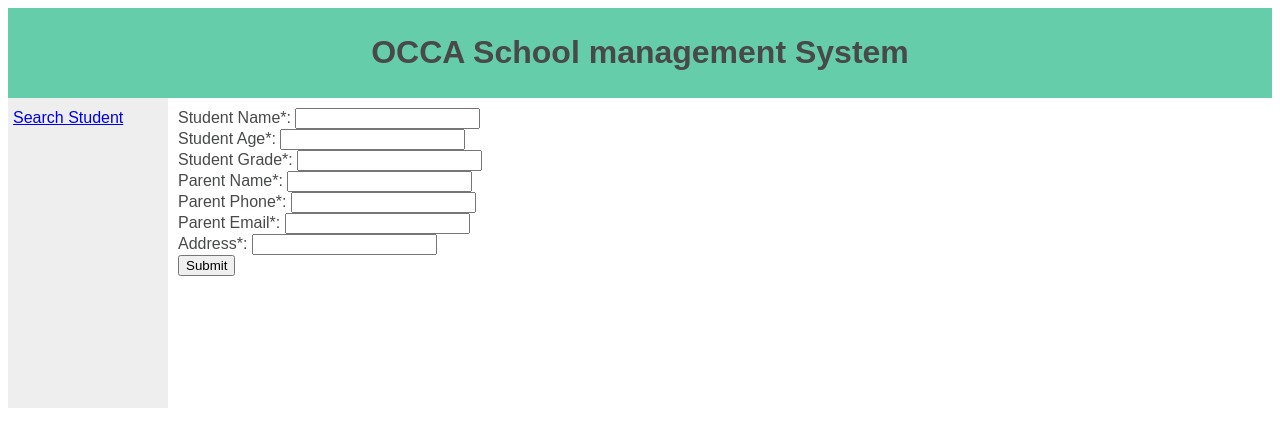
Repository: dreamxia329/TechExercise4830
Page: T3-0325-xia/T3-webProject-Xia/WebContent/addStudent.html
These files come from the project's save history. The page is drawn as it stood at one moment and after the next save; the edit follows.
The browser window is 1280 px wide. The pictures show the whole page.

Above is the page before, as saved 2022-03-31 23:16:00.

### T3-0325-xia/T3-webProject-Xia/WebContent/addStudent.html
<html>
<head>
<style>

body {
	font-family: 'Poppins', sans-serif;
	color: #48494a;
}

header {
    background-color:#66CDAA;
    color:#48494a;
    text-align:center;
    padding:5px;
}
nav {
    line-height:30px;
    background-color:#eeeeee;
    height:300px;
    width:150px;
    float:left;
    padding:5px;
}
section {
    width:350px;
    float:left;
    padding:10px;
}
footer {
    background-color:#66CDAA;
    color:#48494a;
    clear:both;
    text-align:center;
    padding:5px;
}
</style>
</head>

<body>
<header>
<h1> OCCA School management System </h1>
</header>

<nav>
<a href="/T3-webProject-Xia/search.html">Search Student</a> <br>
</nav>

<section>

	<form action="AddStudentServlet" method="POST">

		Student Name*: <input type="text" name="studentName"> <br />
		Student Age*: <input type="text" name="studentAge"> <br />
		Student Grade*: <input type="text" name="studentGrade"> <br />
		Parent Name*:  <input type="text" name="parentName"> <br />
		Parent Phone*: <input type="text" name="parentPhone"> <br />
		Parent Email*: <input type="text" name="parentEmail"> <br />
		Address*: <input type="text" name="address"> <br />


		<input type="submit" value="Submit" />
	</form>

</section>

</body>
</html>

After the next save:
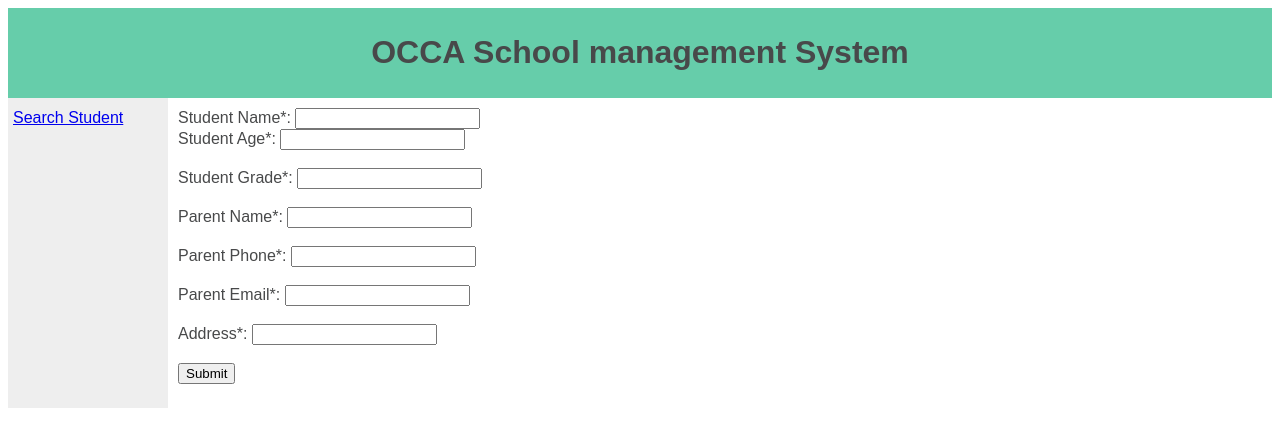
Saved 56 s later.
--- a/T3-0325-xia/T3-webProject-Xia/WebContent/addStudent.html
+++ b/T3-0325-xia/T3-webProject-Xia/WebContent/addStudent.html
@@ -50,12 +50,12 @@ footer {
 	<form action="AddStudentServlet" method="POST">
 
 		Student Name*: <input type="text" name="studentName"> <br />
-		Student Age*: <input type="text" name="studentAge"> <br />
-		Student Grade*: <input type="text" name="studentGrade"> <br />
-		Parent Name*:  <input type="text" name="parentName"> <br />
-		Parent Phone*: <input type="text" name="parentPhone"> <br />
-		Parent Email*: <input type="text" name="parentEmail"> <br />
-		Address*: <input type="text" name="address"> <br />
+		Student Age*: <input type="text" name="studentAge"> <br /><br />
+		Student Grade*: <input type="text" name="studentGrade"> <br /><br />
+		Parent Name*:  <input type="text" name="parentName"> <br /><br />
+		Parent Phone*: <input type="text" name="parentPhone"> <br /><br />
+		Parent Email*: <input type="text" name="parentEmail"> <br /><br />
+		Address*: <input type="text" name="address"> <br /><br />
 
 
 		<input type="submit" value="Submit" />
